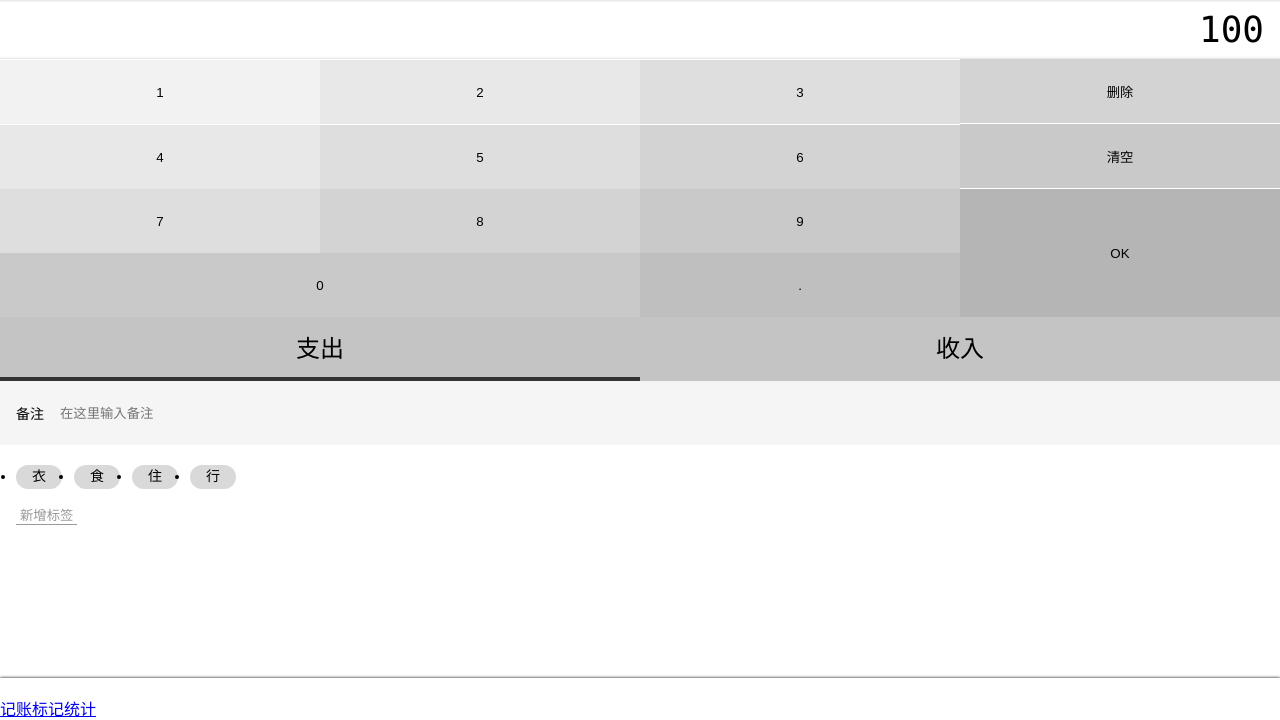
Repository: jiujiu407/bookkeeping
Page: /
An editor plug-in stored every save of this project. The page is shown before and after the next save, followed by the edit.
The browser window is 1280 px wide. The pictures show the whole page.
The project was rebuilt for these pictures with package versions that can differ from the ones it lists, and the page was loaded fresh each time. Also part of the build but not shown: vue.config.js, src/views/Labels.vue, src/views/Statistics.vue, src/views/NotFound.vue.

Above is the page before, as saved 2021-10-19 14:45:14.

### src/main.ts
import Vue from 'vue'
import App from './App.vue'
import './registerServiceWorker'
import router from './router'
import store from './store'
import Nav from '@/components/Nav.vue';
import Layout from '@/components/Layout.vue';
import Icon from '@/components/Icon.vue';

Vue.config.productionTip = false
Vue.component('Nav',Nav)
Vue.component('Layout',Layout)
Vue.component('Icon',Icon)
new Vue({
  router,
  store,
  render: h => h(App)
}).$mount('#app')

### src/App.vue
import router from '../.history/src/router/index_20211014144307';
<template>
<div>
  <router-view/>
</div>
</template>

<style lang="scss">
*{
  margin: 0;
  padding: 0;
  box-sizing: border-box;
}
#app {
  font-family: Avenir, Helvetica, Arial, sans-serif;
  -webkit-font-smoothing: antialiased;
  -moz-osx-font-smoothing: grayscale;
  text-align: center;
  color: #2c3e50;
}

#nav {
  padding: 30px;

  a {
    font-weight: bold;
    color: #2c3e50;

    &.router-link-exact-active {
      color: #42b983;
    }
  }
}
</style>

### src/router/index.ts
import Vue from 'vue'
import VueRouter, { RouteConfig } from 'vue-router'
import Money from '@/views/Money.vue'
import Labels from '@/views/Labels.vue'
import Statistics from '@/views/Statistics.vue'
import NotFound from '@/views/NotFound.vue'
Vue.use(VueRouter)

const routes: Array<RouteConfig> = [
  {
    // 根路径，重定向到money页面
    path:'/',
    redirect:'/money'
  },
 {
   path:'/money',
   component:Money
 },
 {
   path:'/labels',
   component:Labels
 },
 {
  path:'/statistics',
  component:Statistics
},
{
  // '*'指除了上面四个页面外的其他所有页面
  path:'*',
  component:NotFound
}
]

const router = new VueRouter({
  routes
})

export default router

### src/components/Nav.vue
<template>
    <nav>
    <router-link to="/money" class="item">
   <Icon name="money"></Icon>
    记账</router-link>
    <router-link to="/labels" class="item">
    <Icon name="label"></Icon>
    标记</router-link>
    <router-link to="/statistics" class="item">
    <Icon name="statistics"></Icon>
    统计</router-link>
  </nav>
</template>

<script lang="ts">
import Vue from 'vue'
export default Vue.extend({

})
</script>

// scoped:样式只在当前组件范围生效
<style lang="scss" scoped>
nav{
  display: flex;
  box-shadow: 0 0 3px rgba(0,0,0,1);
  >.item{

  }
}


</style>

### src/components/Layout.vue
<template>
    <div class="nav-wrapper">
        <div class="content">
           <slot></slot>
        </div>
     <Nav />
    </div>
</template>

<script>
    export default {

    }
</script>

<style lang="scss" scoped>
.nav-wrapper{
    display:flex;
    flex-direction: column;
    height: 100vh;
}
.content{
    // 1的意思是尽量把所有的高度都给content,其他部分占剩下的
    flex-grow: 1;
    overflow: auto;
}
</style>

### src/components/Icon.vue
<template>
    <div>
 <svg class="icon">
        <use :xlink:href="'#'+name"/>
    </svg>
    </div>
</template>

<script lang="ts">
let importAll = (requireContext: __WebpackModuleApi.RequireContext) => requireContext.keys().forEach(requireContext);
try{
    importAll(require.context('../assets/icons',true,/\.svg$/));
    }catch(error){
 console.log(error)
    }
    export default {
        props:['name']
    }
</script>

<style lang="scss" scoped>
   .icon{
       width: 1em;
       height: 1em;
       vertical-align: -0.15em;
       fill: currentColor;
       overflow: hidden;
   }
</style>

### src/views/Money.vue
import Money from '@/views/Money.vue';
import Layout from '@/components/Layout.vue';
<template>
    <div>
        <Layout class-prefix="layout">
          <div class="numberPad">
            <div class="output">100</div>
            <div class="buttons">
              <button>1</button>
              <button>2</button>
              <button>3</button>
              <button>删除</button>
              <button>4</button>
              <button>5</button>
              <button>6</button>
              <button>清空</button>
              <button>7</button>
              <button>8</button>
              <button>9</button>
              <button class="ok">OK</button>
              <button class="zero">0</button>
              <button>.</button>
            </div>
          </div>
          <div>
            <ul class="types">
              <li class="selected">支出</li>
              <li>收入</li>
            </ul>
          </div>
          <div>
            <label class="notes">
              <span class="name">备注</span>
              <input type="text" placeholder="在这里输入备注">
            </label>
          </div>
          <div class="tags">
            <div class="new">
              <button>新增标签</button>
            </div>
            <ul class="current">
              <li>衣</li>
              <li>食</li>
              <li>住</li>
              <li>行</li>
            </ul>
          </div>
        </Layout>
    </div>
</template>

<script>
    export default {
        name: "Money",
    }
</script>
<style lang="scss">
.layout-content{
  display: flex;
  flex-direction: column-reverse;
}
</style>
<style lang="scss" scoped>
@import "src/assets/style/helper";
.numberPad{
  .output{
    @extend %clearFix;
    @extend %innerShadow;
    font-size: 36px;
    font-family: Consolas, monospace;
    padding: 9px 16px;
    text-align: right;
  }
  .buttons{
    @extend %clearFix;
    > button{
      width: 25%;
      height: 64px;
      background: transparent;
      border: none;
      &.ok{
        height: 64*2px;
        float: right;
      }
      &.zero {
        width: 25% * 2;
      }
      $bg: #f2f2f2;
      &:nth-child(1){
        background: $bg;
      }
      &:nth-child(2),&:nth-child(5){
        background: darken($bg,4%);
      }
      &:nth-child(3),&:nth-child(6),&:nth-child(9){
        background: darken($bg,4*2%);
      }
      &:nth-child(4),&:nth-child(7),&:nth-child(10){
        background: darken($bg,4*3%);
      }
      &:nth-child(8),&:nth-child(11),&:nth-child(13){
        background: darken($bg,4*4%);
      }
      &:nth-child(14){
        background: darken($bg,4*5%);
      }
      &:nth-child(12){
        background: darken($bg,4*6%);
      }

    }
  }
}
.types{
  background: #c4c4c4;
  display: flex;
  text-align: center;
  font-size: 24px;
  > li {
    width: 50%;
    line-height: 64px;
    display: flex;
    justify-content: center;
    align-items: center;
    position: relative;
    &.selected::after {
      content: '';
      position: absolute;
      bottom: 0;
      left: 0;
      width: 100%;
      height: 4px;
      background: #333;
    }
  }
}
.notes{
  font-size: 14px;
  background: #f5f5f5;
  display: flex;
  padding-left: 16px;
  align-items: center;
  .name{
      padding-right: 16px;
  }
  input{
     height: 64px;
    flex-grow: 1;
    background: transparent;
    border: none;
    padding-right: 16px;
  }
}
.tags {
  font-size: 14px;
  padding: 16px;
  flex-grow: 1;
  display: flex;
  flex-direction: column-reverse;
  > .current {
    display: flex;
    flex-wrap: wrap;
    > li{
      background: #d9d9d9;
      $h:24px;
      height: $h;
      border-radius: $h/2;
      padding: 0 16px;
      margin-right: 12px;
      line-height: $h;
      margin-top: 4px;
    }
  }
  > .new{
    padding-top: 16px;
    button{
      background: transparent;
      border: none;
      color: #999;
      border-bottom: 1px solid;
      padding: 0 4px;
    }
  }
}
</style>

### src/assets/style/helper.scss
$font-hei: -apple-system, "Helvetica Neue", Helvetica, "Nimbus Sans L", Arial, "Liberation Sans", "PingFang SC", "Hiragino Sans GB", "Source Han Sans CN", "Source Han Sans SC", "Microsoft YaHei", "Wenquanyi Micro Hei", "WenQuanYi Zen Hei", "ST Heiti", SimHei, "WenQuanYi Zen Hei Sharp", sans-serif;
$font-kai:Baskerville, Georgia, "Liberation Serif", "Kaiti SC", STKaiti, "AR PL UKai CN", "AR PL UKai HK", "AR PL UKai TW", "AR PL UKai TW MBE", "AR PL KaitiM GB", KaiTi, KaiTi_GB2312, DFKai-SB, "TW\-Kai", serif;
$font-song: Georgia, "Nimbus Roman No9 L", "Songti SC", STSong, "AR PL New Sung", "AR PL SungtiL GB", NSimSun, SimSun, "TW\-Sung", "WenQuanYi Bitmap Song", "AR PL UMing CN", "AR PL UMing HK", "AR PL UMing TW", "AR PL UMing TW MBE", PMingLiU, MingLiU, serif;
$color-hughlight: #f00;

%clearFix{
  &::after{
    content: '';
    clear: both;
    display: block;
  }
}
$color-shadow: rgba(0,0,0,0.25);
%outerShadow{
  box-shadow: 0 0 3px $color-shadow;
}
%innerShadow{
  box-shadow: inset 0 -3px 3px -3px $color-shadow,
  inset 0 3px 3px -3px $color-shadow;
}

Loaded but not shown: public/index.html (common file); src/registerServiceWorker.ts (common file); src/store/index.ts (common file)

After the next save:
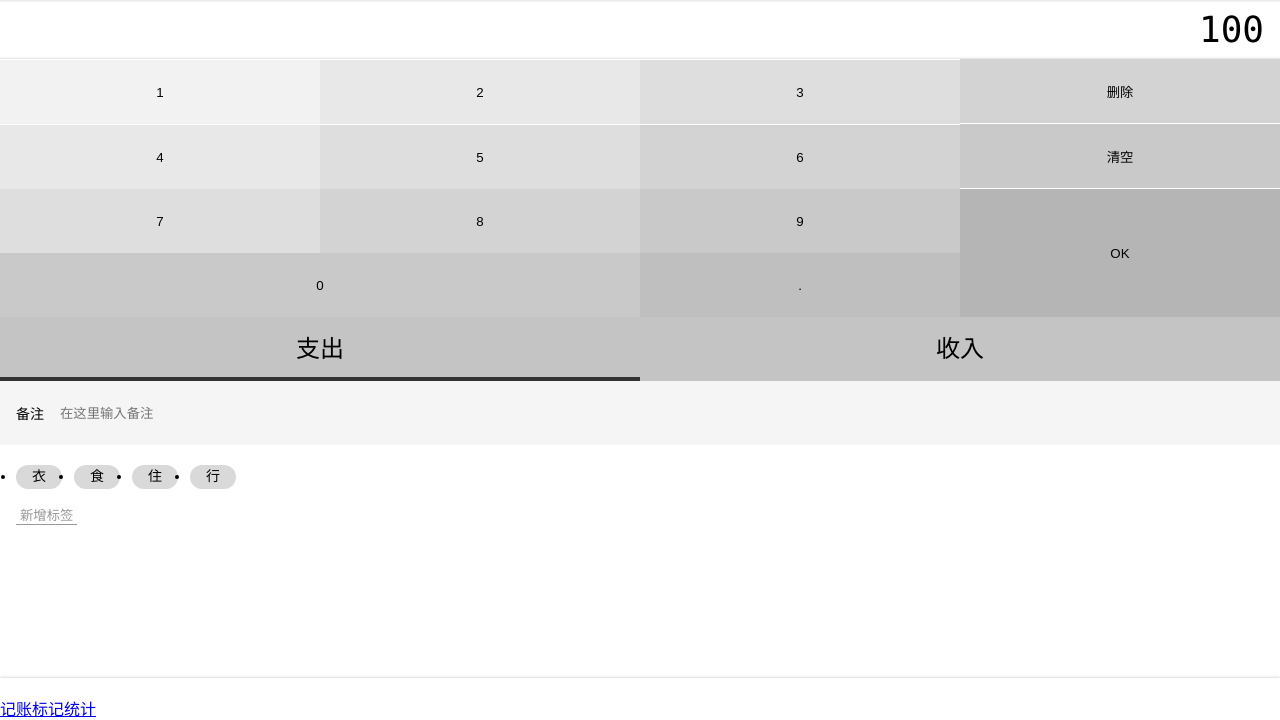
Saved 28 s later.
--- a/src/components/Nav.vue
+++ b/src/components/Nav.vue
@@ -23,7 +23,7 @@ export default Vue.extend({
 <style lang="scss" scoped>
 nav{
   display: flex;
-  box-shadow: 0 0 3px rgba(0,0,0,1);
+  box-shadow: 0 0 3px rgba(0,0,0,0.25);
   >.item{
 
   }
